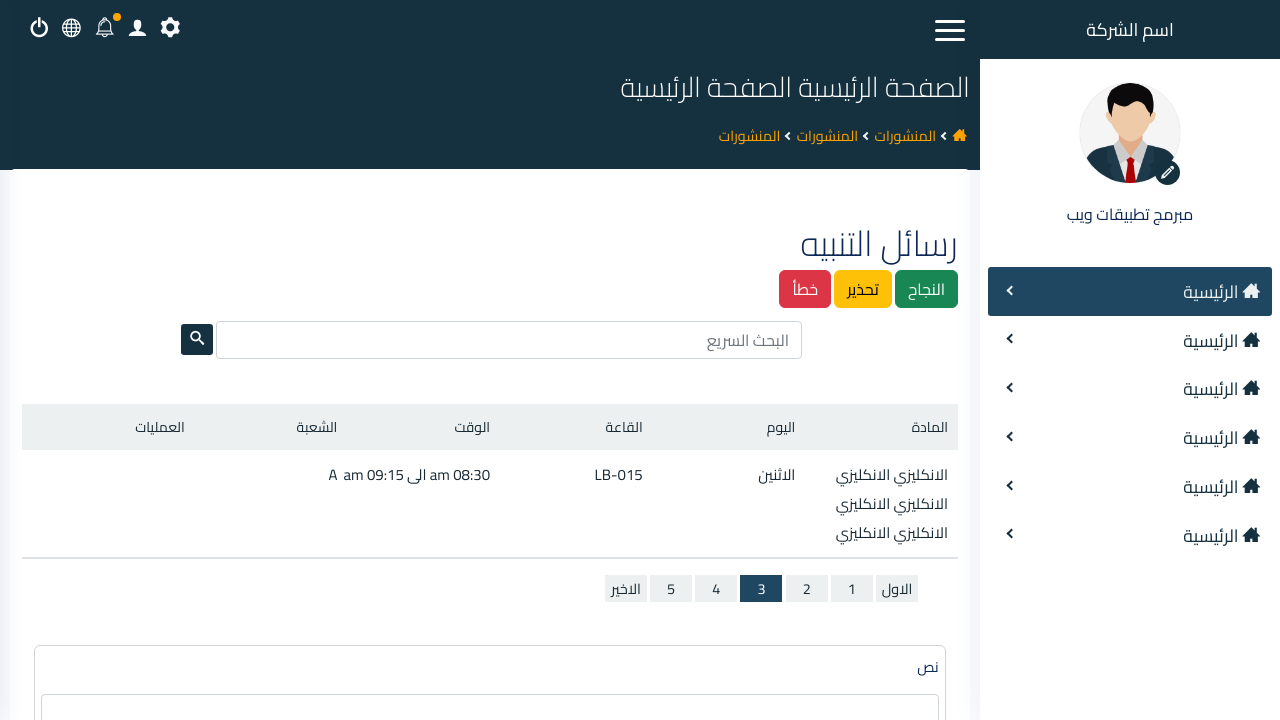
Repository: MohammedKhairi/dashboard-frontend
Page: index.html
An editor plug-in stored every save of this project. The page is shown before and after the next save, followed by the edit.
The browser window is 1280 px wide. The pictures show the whole page.
An inner scrolling area shows only its first screen.

Above is the page before, as saved 2023-09-01 10:45:02.

### index.html
<!DOCTYPE html>
<html lang="ar" dir="rtl">

<head>
    <meta charset="UTF-8">
    <meta http-equiv="X-UA-Compatible" content="IE=edge">
    <meta name="viewport" content="width=device-width, initial-scale=1.0">
    <link rel="stylesheet" href="css/icon.css?">
    <link rel="stylesheet" href="css/common.css?">
    <link rel="stylesheet" href="css/style.css?">
    <script src="js/jquery.js"></script>
    <title>Dashboard</title>
</head>

<body>
    <div class="ds-container">
        <!-- SIDEBAR -->
        <nav class="sidebar">
            <div class="sidebar-content">
                <div class="position-relative d-grid grid-columns-5-1 bg-c-gray px-4">
                    <a href="" class="sidebar-brand  d-block text-sm-center text-white py-3 txt-orange fp125">اسم الشركة</a>
                    <a href="javascript:void(0);" class="close-sidebar menu-btn-toggler">
                        <i class="icon-cancel-circle txt-orange fp140"></i>
                    </a>
                </div>
                <div class="sidebar-user">
                    <div class="d-flex justify-content-center align-content-center">
                        <a href="">
                            <div class="cerculer-img boxshadow1" style="background-image: url('img/user.jpg');"></div>
                        </a>
                    </div>
                    <h6 class="c fmedium my-4">مبرمج تطبيقات ويب </h6>
                </div>
                <ul class="sidebar-nav  py-2">
                    <li class="sidebar-item active">
                        <a href="javascript:void(0);" class="sidebar-link sidebar-row ">
                            <i class="icon-home3"></i>
                            الرئيسية
                        </a>
                        <ul class="sidebar-dropdown">
                            <li class="sidebar-item-sub">
                                <a class="sidebar-link" href="">الكل</a>
                            </li>
                            <li class="sidebar-item-sub">
                                <a class="sidebar-link" href="">اضافة</a>
                            </li>
                        </ul>
                    </li>
                    <li class="sidebar-item">
                        <a href="javascript:void(0);" class="sidebar-link sidebar-row ">
                            <i class="icon-home3"></i>
                            الرئيسية
                        </a>
                        <ul  class="sidebar-dropdown">
                            <li class="sidebar-item-sub">
                                <a class="sidebar-link" href="">الكل</a>
                            </li>
                            <li class="sidebar-item-sub">
                                <a class="sidebar-link" href="">اضافة</a>
                            </li>
                        </ul>
                    </li>
                    <li class="sidebar-item">
                        <a href="javascript:void(0);" class="sidebar-link sidebar-row ">
                            <i class="icon-home3"></i>
                            الرئيسية
                        </a>
                        <ul  class="sidebar-dropdown">
                            <li class="sidebar-item-sub">
                                <a class="sidebar-link" href="">الكل</a>
                            </li>
                            <li class="sidebar-item-sub">
                                <a class="sidebar-link" href="">اضافة</a>
                            </li>
                        </ul>
                    </li>
                    <li class="sidebar-item">
                        <a href="javascript:void(0);" class="sidebar-link sidebar-row ">
                            <i class="icon-home3"></i>
                            الرئيسية
                        </a>
                        <ul  class="sidebar-dropdown">
                            <li class="sidebar-item-sub">
                                <a class="sidebar-link" href="">الكل</a>
                            </li>
                            <li class="sidebar-item-sub">
                                <a class="sidebar-link" href="">اضافة</a>
                            </li>
                        </ul>
                    </li>
                    <li class="sidebar-item">
                        <a href="javascript:void(0);" class="sidebar-link sidebar-row ">
                            <i class="icon-home3"></i>
                            الرئيسية
                        </a>
                        <ul  class="sidebar-dropdown">
                            <li class="sidebar-item-sub">
                                <a class="sidebar-link" href="">الكل</a>
                            </li>
                            <li class="sidebar-item-sub">
                                <a class="sidebar-link" href="">اضافة</a>
                            </li>
                        </ul>
                    </li>
                    <li class="sidebar-item">
                        <a href="javascript:void(0);" class="sidebar-link sidebar-row ">
                            <i class="icon-home3"></i>
                            الرئيسية
                        </a>
                        <ul class="sidebar-dropdown">
                            <li class="sidebar-item-sub">
                                <a class="sidebar-link" href="">الكل</a>
                            </li>
                            <li class="sidebar-item-sub">
                                <a class="sidebar-link" href="">اضافة</a>
                            </li>
                            <li class="sidebar-item-sub">
                                <a class="sidebar-link" href="">الكل</a>
                            </li>
                            <li class="sidebar-item-sub">
                                <a class="sidebar-link" href="">اضافة</a>
                            </li>
                            <li class="sidebar-item-sub">
                                <a class="sidebar-link" href="">الكل</a>
                            </li>
                            <li class="sidebar-item-sub">
                                <a class="sidebar-link" href="">اضافة</a>
                            </li>
                            <li class="sidebar-item-sub">
                                <a class="sidebar-link" href="">الكل</a>
                            </li>
                            <li class="sidebar-item-sub">
                                <a class="sidebar-link" href="">اضافة</a>
                            </li>
                            <li class="sidebar-item-sub">
                                <a class="sidebar-link" href="">الكل</a>
                            </li>
                            <li class="sidebar-item-sub">
                                <a class="sidebar-link" href="">اضافة</a>
                            </li>
                            <li class="sidebar-item-sub">
                                <a class="sidebar-link" href="">الكل</a>
                            </li>
                            <li class="sidebar-item-sub">
                                <a class="sidebar-link" href="">اضافة</a>
                            </li>
                            <li class="sidebar-item-sub">
                                <a class="sidebar-link" href="">الكل</a>
                            </li>
                            <li class="sidebar-item-sub">
                                <a class="sidebar-link" href="">اضافة</a>
                            </li>
                            <li class="sidebar-item-sub">
                                <a class="sidebar-link" href="">الكل</a>
                            </li>
                            <li class="sidebar-item-sub">
                                <a class="sidebar-link" href="">اضافة</a>
                            </li>
                            <li class="sidebar-item-sub">
                                <a class="sidebar-link" href="">الكل</a>
                            </li>
                            <li class="sidebar-item-sub">
                                <a class="sidebar-link" href="">اضافة</a>
                            </li>
                        </ul>
                    </li>
                </ul>
            </div>
        </nav>
        <!--END SIDEBAR -->
        <!-- Page Content -->
        <div class="page-content">
            <div class="page-container">
                <!-- TOPBAR -->
                <div class="topbar d-flex justify-content-between align-items-center">
                    <div class="col-2">
                        <div class="menu-btn menu-btn-toggler">
                            <div class="menu-btn__burger"></div>
                        </div>
                    </div>
                    <div class="col-10">
                        <ul class="d-flex justify-content-end align-items-center mx-3 text-light list-unstyled">

                            <li class="p-2 ptr setting-btn"><i class="fs-5 icon-cog"></i></li>
                            <li class="p-2 ptr dropdown">
                                <i class="fs-5 icon-user"></i>
                                <ul class="dropdown-menu">
                                    <a href="#" class="dropdown-item ptr">عنصر لنك 1</a>
                                    <a href="#" class="dropdown-item ptr">عنصر لنك 2</a>
                                    <a href="#" class="dropdown-item ptr">عنصر لنك 3</a>
                                </ul>
                            </li>
                            <li class="p-2 ptr dropdown">
                                <i class="fs-5 icon-notification---Copy"></i>
                                <span class="bedget-content"></span>
                                <ul class="dropdown-menu">
                                    <a href="#" class="dropdown-item ptr">اشعار 1</a>
                                    <a href="#" class="dropdown-item ptr">اشعار 2</a>
                                    <a href="#" class="dropdown-item ptr">اشعار 3</a>
                                </ul>
                            </li>
                            <li class="p-2 ptr"><a href="" class="txt-white"><i class="fs-5 icon-sphere"></i></a></li>
                            <li class="p-2 ptr"><a href="" class="txt-white"><i class="fs-5 icon-switch"></i></a></li>
                        </ul>
                    </div>
                </div>
                <!--END TOPBAR -->
                <!-- Page Details -->
                <div class="header-nav">
                    <h3 class="header-title text-white">
                        الصفحة الرئيسية
                        الصفحة الرئيسية
                    </h3>
                    <ol class="d-flex align-items-center list-unstyled p-0">
                        <li class="page-links">
                            <a class="mx-1" href="/cp"><i class="icon-home3"></i></a>
                        </li>
                        <li class="page-links">
                            <a class=" mx-1" href="/cp/post/">المنشورات</a>
                        </li>
                        <li class="page-links">
                            <a class=" mx-1" href="/cp/post/">المنشورات</a>
                        </li>
                        <li class="page-links">
                            <a class=" mx-1" href="/cp/post/">المنشورات</a>
                        </li>
                    </ol>
                </div>
                <!--End Page Details -->
                <!-- Page Data -->
                <main class="r5">
                    <div class="container-fluid py-6 ">
                        <!--  -->
                        <div id="toasts"></div>
                        <div class="demo">
                            <h1>رسائل التنبيه</h1>
                            <button class="btn btn-success" onclick="MsgSuccess('نص رسالة النجاح')">النجاح</button>
                            <button class="btn btn-warning" onclick="MsgWarring('نص رسالة تحذير ')"> تحذير</button>
                            <button class="btn btn-danger" onclick="MsgError('نص رسالة خطأ')">خطأ</button>
                        </div>
                        <!--  -->
                        <!-- Search bar -->
                        <div class="d-flex justify-content-center align-content-center my-2">
                            <div class="col-md-8">
                                <form action="" method="get">
                                    <div class="d-flex align-items-center">
                                        <input type="search" class="form-control" placeholder="البحث السريع">
                                        <button class="btn btn-sm bg-c-gray text-white mx-1 btn-search"><i
                                                class="icon-search"></i></button>
                                    </div>
                                </form>
                            </div>
                        </div>
                        <br>
                        <!--End Search bar -->
                        <ul class="responsive-table2 fmedium my-2">
                            <li class="table-header">
                                <div class="col col-2">المادة</div>
                                <div class="col col-2">اليوم</div>
                                <div class="col col-2">القاعة</div>
                                <div class="col col-2">الوقت</div>
                                <div class="col col-2">الشعبة</div>
                                <div class="col col-2">العمليات</div>
                            </li>
                            <li class="table-row border-2 border-bottom">
                                <div class="col col-2" data-label="المادة">الانكليزي  الانكليزي الانكليزي الانكليزي الانكليزي الانكليزي</div>
                                <div class="col col-2" data-label="اليوم">الاثنين</div>
                                <div class="col col-2" data-label="القاعة">LB-015</div>
                                <div class="col col-2" data-label="الوقت">08:30 am الى 09:15 am</div>
                                <div class="col col-2" data-label="الشعبة">A</div>
                                <div class="col col-2" data-label="العمليات">
                                    <div class="menu-tools">
                                        <div class="tools-content">
                                            <a href="" class="mx-1 btn btn-sm btn-primary">تعديل</a>
                                            <a href="" class="mx-1 btn btn-sm btn-success">اظهار</a>
                                            <a href="" class="mx-1 btn btn-sm btn-warning">اخفاء</a>
                                            <buttonn onclick="DeleteBtnAlert('/cp/add')" class="mx-1 btn btn-sm btn-danger">حذف</buttonn>
                                        </div>
                                    </div>
                                </div>
                            </li>
                        </ul>
                        <ul class="pagination">
                            <li class="page-item"> <a class="page-link" href="?page=1">الاول</a></li>
                            <li class="page-item"><a class="page-link" href="?page=1">1</a></li>
                            <li class="page-item"><a class="page-link" href="?page=2">2</a></li>
                            <li class="page-item active"><a class="page-link " href="?page=3">3</a></li>
                            <li class="page-item"><a class="page-link" href="?page=4">4</a></li>
                            <li class="page-item"><a class="page-link" href="?page=5">5</a></li>
                            <li class="page-item"> <a class="page-link" href="?page=6">الاخير</a></li>
                        </ul>
                        <br>
                        <!-- Form Template -->
                        <div class="container">
                            <div class="card p-2">
                                <div class="mb-3">
                                    <label for="" class="form-label">نص</label>
                                    <input type="email" class="form-control">
                                </div>
                                <div class="mb-3">
                                    <label for="" class="form-label">ملف</label>
                                    <input type="file" class="form-control">
                                </div>
                                <div class="mb-3">
                                    <label for="" class="form-label">لست</label>
                                    <select name="" class="form-control" id="">
                                        <option value="">1</option>
                                        <option value="">2</option>
                                        <option value="">3</option>
                                    </select>
                                </div>
                                <div class="mb-3">
                                    <label for="content" class="form-label">محتوى نصي</label>
                                    <textarea class="form-control" id="content" rows="3"></textarea>
                                </div>
                            </div>

                        </div>
                        <br>
                    </div>
                </main>
            </div>

        </div>
        <!--END Page Content -->
    </div>
    <!--Setting Bar -->
    <div class="end-bar">
        <div class="rightbar-title d-flex align-items-center  justify-content-between">
            <h5 class="m-0">الاعدادات</h5>
            <a href="javascript:void(0);" class="setting-close-btn">
                <i class="icon-cancel-circle txt-orange fp140"></i>
            </a>
        </div>
        <div class="p-3">
            <div class="alert alert-warning fp90">
                سيتم حفظ الاعدادت في المتصفح الخاص بك
            </div>
            <!-- Settings -->
            <h6 class="mt-3 fw-bold fmedium">اوضاع اللوحة</h6>
            <hr class="mt-1">
            <div class="form-check form-switch mb-1">
                <input class="form-check-input toggle-theme" type="checkbox" value="stander" id="stander">
                <label class="fp80" for="stander">الطبيعي</label>
            </div>
            <div class="form-check form-switch mb-1">
                <input class="form-check-input toggle-theme" type="checkbox" value="dark" id="dark">
                <label class="fp80" for="dark">الداكن</label>
            </div>
            <div class="form-check form-switch mb-1">
                <input class="form-check-input toggle-theme" type="checkbox" value="light" id="light">
                <label class="fp80" for="light">الشفاف</label>
            </div>
            <!--  -->
            <h6 class="mt-3 fw-bold fmedium">حالة شريط الخدمات</h6>
            <hr class="mt-1">
            <div class="form-check form-switch mb-1">
                <input class="form-check-input" type="checkbox" id="open-sidebar">
                <label class="fp80" for="open-sidebar">مفتوح</label>
            </div>
            <!--  -->
            <div class="d-grid mt-4">
                <button class="btn btn-primary" id="resetBtn">اعادة الضبط</button>
            </div>
        </div>
    </div>
    <!--Setting Bar -->
    <!-- Modal -->
    <div class="modal_content"></div>
    <!--End Modal -->
    <script src="js/admin.js"></script>
</body>

</html>

Loaded but not shown: css/common.css (library); js/jquery.js (library); js/admin.js (218 lines, source omitted); css/style.css (1122 lines, source omitted); css/icon.css (286 lines, source omitted)

After the next save:
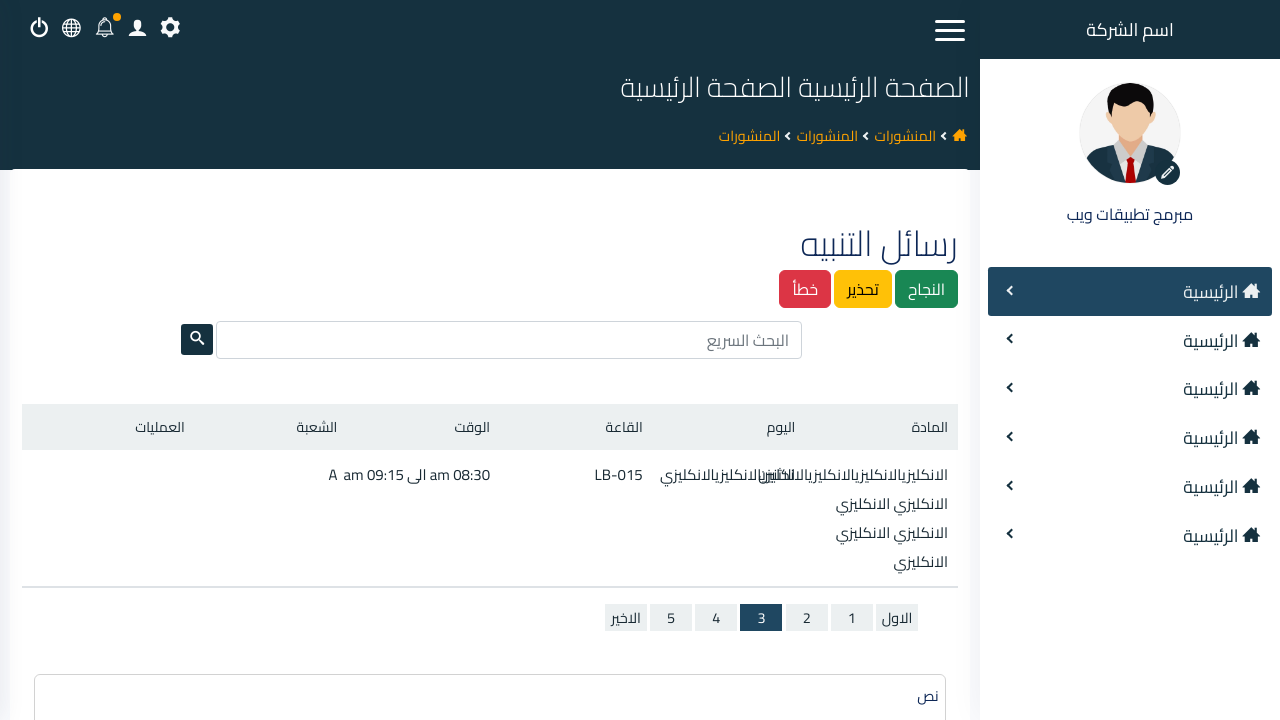
Saved 18 s later.
--- a/index.html
+++ b/index.html
@@ -263,7 +263,7 @@
                                 <div class="col col-2">العمليات</div>
                             </li>
                             <li class="table-row border-2 border-bottom">
-                                <div class="col col-2" data-label="المادة">الانكليزي  الانكليزي الانكليزي الانكليزي الانكليزي الانكليزي</div>
+                                <div class="col col-2" data-label="المادة">الانكليزيالانكليزيالانكليزيالانكليزيالانكليزيالانكليزي  الانكليزي الانكليزي الانكليزي الانكليزي الانكليزي</div>
                                 <div class="col col-2" data-label="اليوم">الاثنين</div>
                                 <div class="col col-2" data-label="القاعة">LB-015</div>
                                 <div class="col col-2" data-label="الوقت">08:30 am الى 09:15 am</div>
